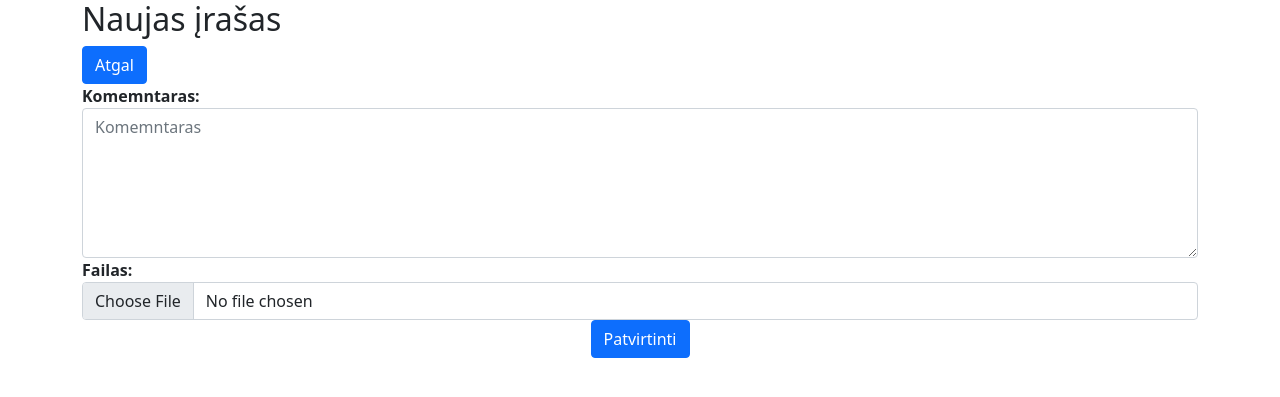
Repository: WafIukas/Bylos-ikelimas
Page: http://localhost/products/create
An editor plug-in stored every save of this project. The page is shown before and after a run of saves, followed by the edit.
The browser window is 1280 px wide. The pictures show the whole page.
The page is served by the project's Laravel application, run on PHP 8.4 with Laravel 9. Other server files are loaded and not shown.

Above is the page before, as saved 2022-04-29 17:33:34.

### routes/web.php
<?php

use Illuminate\Support\Facades\Route;

use App\Http\Controllers\ProductController;

/*
|--------------------------------------------------------------------------
| Web Routes
|--------------------------------------------------------------------------
|
| Here is where you can register web routes for your application. These
| routes are loaded by the RouteServiceProvider within a group which
| contains the "web" middleware group. Now create something great!
|
*/

Route::resource('products', ProductController::class);
Route::get('viewfiles', [DownloadController::class, 'index']);

Route::get('get/{file_name}', [DownloadController::class, 'getfile']);

### app/Http/Controllers/ProductController.php
<?php

namespace App\Http\Controllers;

use App\Models\Product;
use Illuminate\Http\Request;

class ProductController extends Controller
{
    /**
     * Display a listing of the resource.
     *
     * @return \Illuminate\Http\Response
     */
    public function index()
    {
        $products = Product::latest()->paginate(5);

        return view('products.index',compact('products'))
            ->with('i', (request()->input('page', 1) - 1) * 5);
    }

    /**
     * Show the form for creating a new resource.
     *
     * @return \Illuminate\Http\Response
     */
    public function create()
    {
        return view('products.create');
    }

    /**
     * Store a newly created resource in storage.
     *
     * @param  \Illuminate\Http\Request  $request
     * @return \Illuminate\Http\Response
     */
    public function store(Request $request)
    {
        $request->validate([
            'file' => 'required|mimes:pdf,xlx,csv,jpeg,png,jpg,gif,svg|max:2048',
        ]);

        $input = $request->all();

        if ($file = $request->file('file')) {
            $destinationPath = 'files/';
            $profileFile = date('YmdHis') . "." . $file->getClientOriginalExtension();
            $file->move($destinationPath, $profileFile);
            $input['file'] = "$profileFile";
        }

        Product::create($input);

        return redirect()->route('products.index')
                                  ->with('success','Įrašas sukurtas');    }

    /**
     * Display the specified resource.
     *
     * @param  \App\Product  $product
     * @return \Illuminate\Http\Response
     */
    public function show(Product $product)
    {
        return view('products.show',compact('product'));
    }

    /**
     * Show the form for editing the specified resource.
     *
     * @param  \App\Product  $product
     * @return \Illuminate\Http\Response
     */
    public function edit(Product $product)
    {
        return view('products.edit',compact('product'));
    }

    /**
     * Update the specified resource in storage.
     *
     * @param  \Illuminate\Http\Request  $request
     * @param  \App\Product  $product
     * @return \Illuminate\Http\Response
     */
    public function update(Request $request, Product $product)
    {
        $request->validate([
            'file' => 'required'
        ]);

        $input = $request->all();

        if ($file = $request->file('file')) {
            $destinationPath = 'files/';
            $profileFile = date('YmdHis') . "." . $file->getClientOriginalExtension();
            $file->move($destinationPath, $profileFile);
            $input['file'] = "$profileFile";
        }else{
            unset($input['file']);
        }

        $product->update($input);

        return redirect()->route('products.index')
                        ->with('success','Įrašas atnaujintas');
    }

    /**
     * Remove the specified resource from storage.
     *
     * @param  \App\Product  $product
     * @return \Illuminate\Http\Response
     */
    public function destroy(Product $product)
    {
        $product->delete();

        return redirect()->route('products.index')
                        ->with('success','Įrašas ištrintas');
    }
}

### resources/views/products/create.blade.php
@extends('products.layout')

@section('content')
<div class="row">
    <div class="col-lg-12 margin-tb">
        <div class="pull-left">
           <h2>Naujas įrašas</h2>
        </div>
        <div class="pull-right">
        <a class="btn btn-primary" href="{{ route('products.index') }}">Atgal</a>
        </div>
    </div>
</div>

@if ($errors->any())
    <div class="alert alert-danger">
    <strong>Klaida!</strong> Kažka suvedėte netaip<br><br>
        <ul>
            @foreach ($errors->all() as $error)
                <li>{{ $error }}</li>
            @endforeach
        </ul>
    </div>
@endif

<form action="{{ route('products.store') }}" method="POST" enctype="multipart/form-data">
    @csrf

     <div class="row">
        <div class="col-xs-12 col-sm-12 col-md-12">
        </div>
        <div class="col-xs-12 col-sm-12 col-md-12">
            <div class="form-group">
            <strong>Komemntaras:</strong>
                <textarea class="form-control" style="height:150px" name="detail" placeholder="Komemntaras"></textarea>
            </div>
        </div>
        <div class="col-xs-12 col-sm-12 col-md-12">
            <div class="form-group">
                <strong>Failas:</strong>
                <input type="file" name="file" class="form-control" placeholder="failas">
            </div>
        </div>
        <div class="col-xs-12 col-sm-12 col-md-12 text-center">
        <button type="submit" class="btn btn-primary">Patvirtinti</button>
        </div>
    </div>

</form>
@endsection

### resources/views/products/layout.blade.php
<!DOCTYPE html>
<html>
<head>
    <title>Failo ikelimas</title>
    <link href="https://cdn.jsdelivr.net/npm/bootstrap@5.0.2/dist/css/bootstrap.min.css" rel="stylesheet">
</head>
<body>

<div class="container">
    @yield('content')
</div>

</body>
</html>

Loaded but not shown: app/Http/Controllers/Controller.php (common file)

After the next 2 saves:
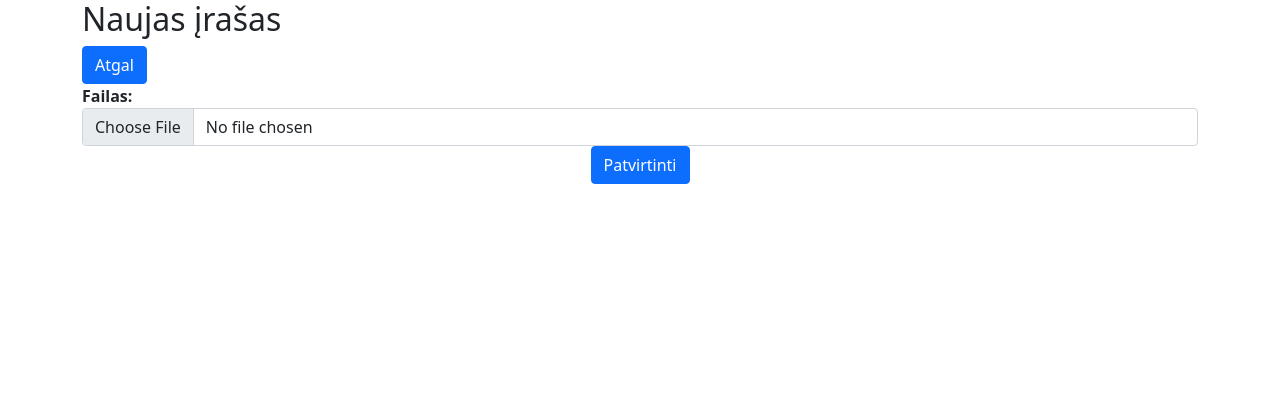
The 2 saves are shown as one change because they came seconds apart.
The last was saved 7 s later.
--- a/resources/views/products/create.blade.php
+++ b/resources/views/products/create.blade.php
@@ -30,10 +30,6 @@
         <div class="col-xs-12 col-sm-12 col-md-12">
         </div>
         <div class="col-xs-12 col-sm-12 col-md-12">
-            <div class="form-group">
-            <strong>Komemntaras:</strong>
-                <textarea class="form-control" style="height:150px" name="detail" placeholder="Komemntaras"></textarea>
-            </div>
         </div>
         <div class="col-xs-12 col-sm-12 col-md-12">
             <div class="form-group">
